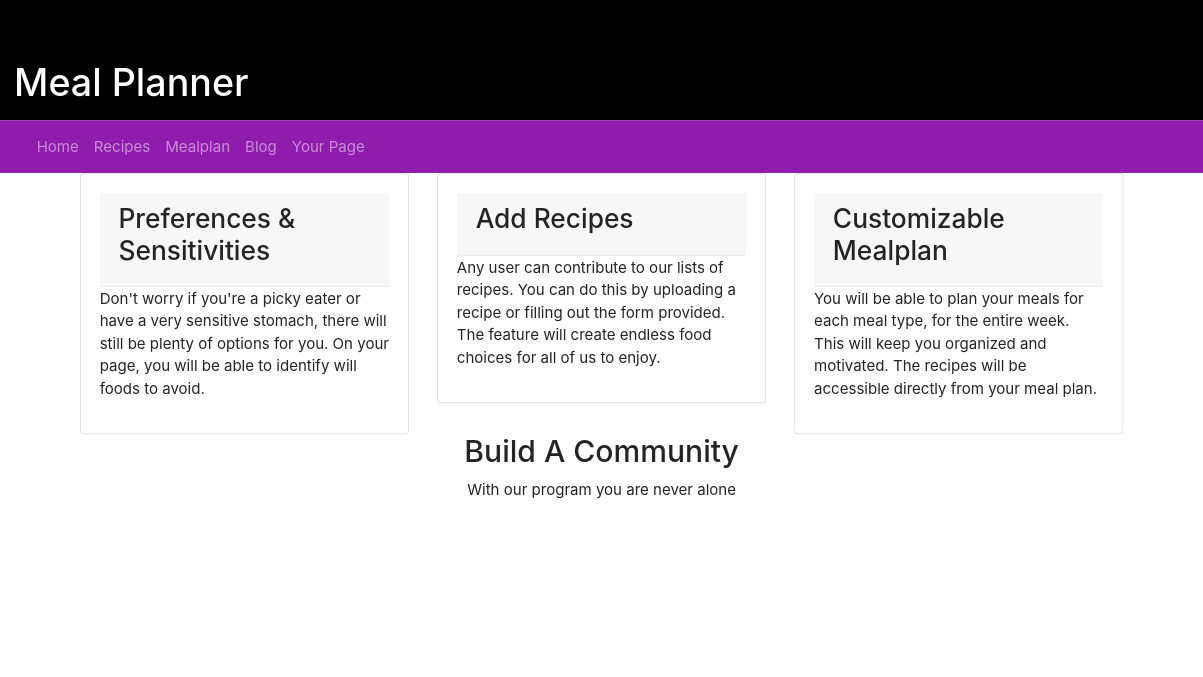
Repository: madisonisfan/mealplanner-react
Page: /home
An editor plug-in stored every save of this project. The page is shown before and after the next save, followed by the edit.
The browser window is 1280 px wide. The pictures show the whole page, at 94% of full size.
The project was rebuilt for these pictures with package versions that can differ from the ones it lists, and the page was loaded fresh each time.

Above is the page before, as saved 2021-04-18 13:51:30.

After the next save:
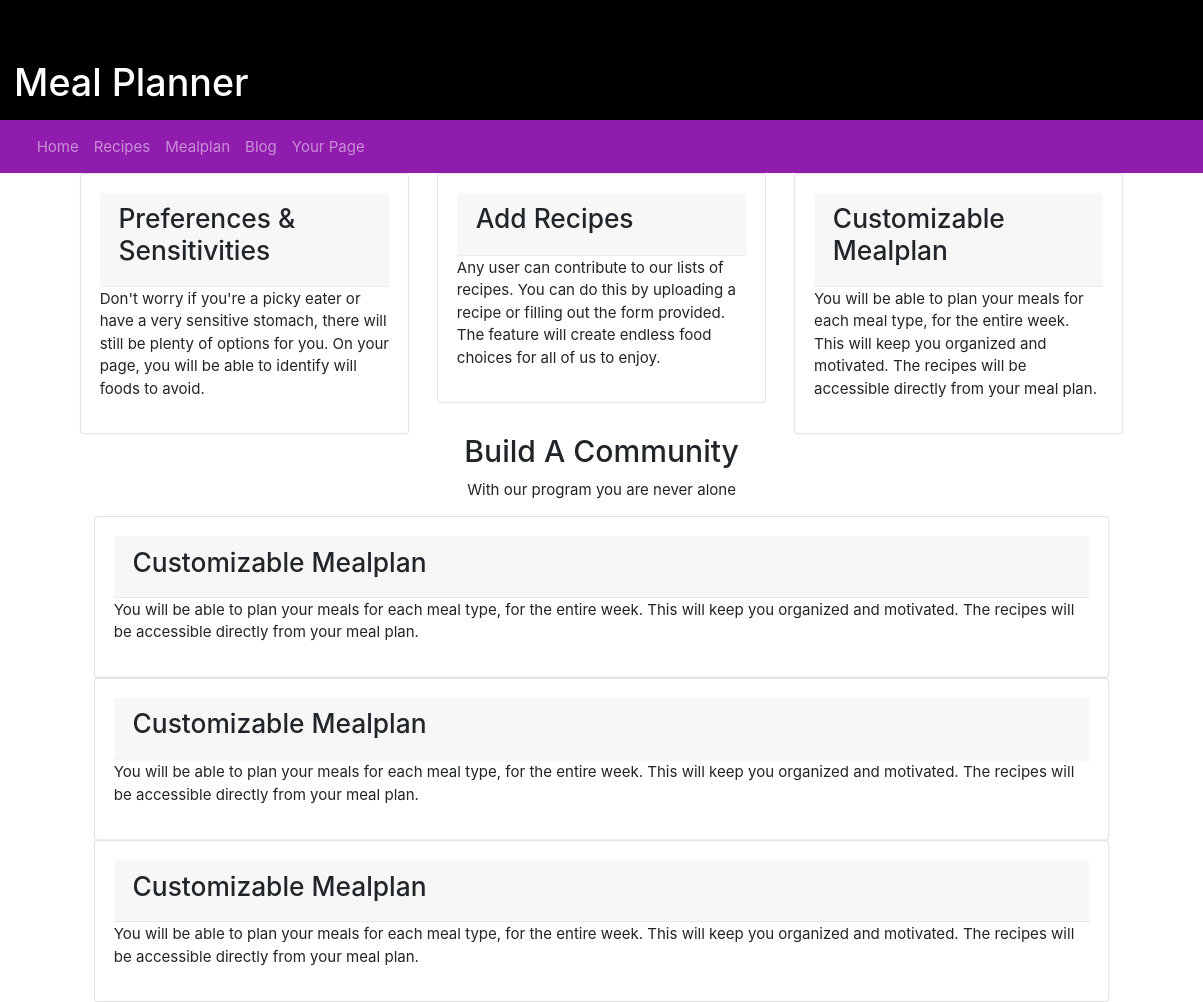
Saved 21 s later.
--- a/src/components/HomeComponent.js
+++ b/src/components/HomeComponent.js
@@ -60,6 +60,49 @@ function Home(props) {
           <p>With our program you are never alone</p>
         </div>
       </div>
+
+      <div className="col">
+        <Card>
+          <CardBody>
+            <CardHeader>
+              <h3>Customizable Mealplan</h3>
+            </CardHeader>
+            <p>
+              You will be able to plan your meals for each meal type, for the
+              entire week. This will keep you organized and motivated. The
+              recipes will be accessible directly from your meal plan.
+            </p>
+          </CardBody>
+        </Card>
+      </div>
+      <div className="col">
+        <Card>
+          <CardBody>
+            <CardHeader>
+              <h3>Customizable Mealplan</h3>
+            </CardHeader>
+            <p>
+              You will be able to plan your meals for each meal type, for the
+              entire week. This will keep you organized and motivated. The
+              recipes will be accessible directly from your meal plan.
+            </p>
+          </CardBody>
+        </Card>
+      </div>
+      <div className="col">
+        <Card>
+          <CardBody>
+            <CardHeader>
+              <h3>Customizable Mealplan</h3>
+            </CardHeader>
+            <p>
+              You will be able to plan your meals for each meal type, for the
+              entire week. This will keep you organized and motivated. The
+              recipes will be accessible directly from your meal plan.
+            </p>
+          </CardBody>
+        </Card>
+      </div>
       {/*row*/}
     </div> //container
   );
